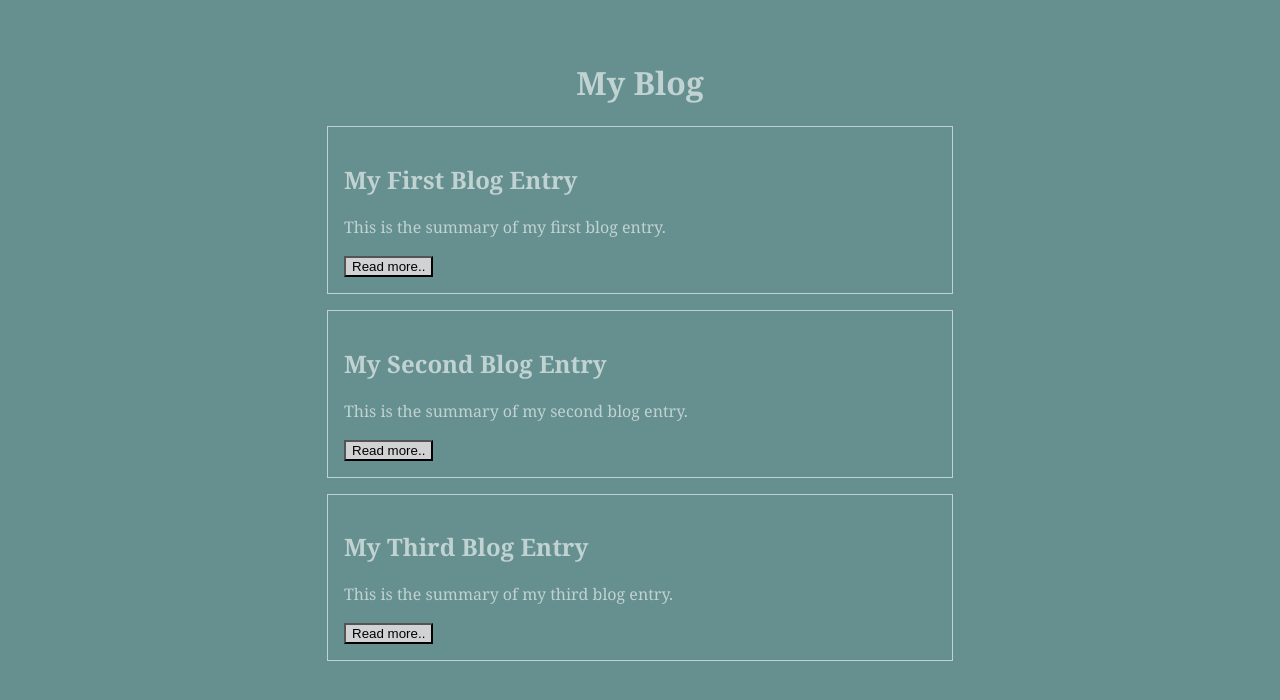
Repository: deniseada/class1
Page: /
The author's editor kept a copy of each file at every save. The page is drawn from the files as they stood at one save, then again after the next save.
The browser window is 1280 px wide. The pictures show the whole page.
The project was rebuilt for these pictures with package versions that can differ from the ones it lists, and the page was loaded fresh each time. Also part of the build but not shown: vite.config.js.

Above is the page before, as saved 2025-09-10 14:05:34.

### index.html
<!DOCTYPE html>
<html lang="en">
  <head>
    <meta charset="UTF-8" />
    <!-- <link rel="icon" type="image/svg+xml" href="/vite.svg" />
-->
    <link rel="icon" type="image/png" href="/favicon.ico" />
    <meta name="viewport" content="width=device-width, initial-scale=1.0" />
    <title>class1-React</title>
  </head>
  <body>
    <div id="root"></div>
    <script type="module" src="/src/main.jsx"></script>
  </body>
</html>

### src/index.css
html {
  font-family: Georgia, "Times New Roman", Times, serif;
  background-color: rgb(102, 143, 143);
  color: rgb(192, 210, 210);
  margin: 40px;
}
h1 {
  color: rgb(192, 210, 210);
  text-align: center;
}

button {
  background-color: rgb(209, 210, 212);
}

.entry {
  margin: 1em auto;
  width: 50%;
  padding: 1em;
  border: 1px solid;
}

### src/App.jsx
import BlogEntry from "./BlogEntry";

function App() {
  return (
    <div>
      <h1>My Blog</h1>
      <BlogEntry
        title="My First Blog Entry"
        summary="This is the summary of my first blog entry."
      />
      <BlogEntry
        title="My Second Blog Entry"
        summary="This is the summary of my second blog entry."
      />
      <BlogEntry
        title="My Third Blog Entry"
        summary="This is the summary of my third blog entry."
      />
    </div>
  );
}

export default App;

### src/BlogEntry.jsx
function BlogEntry(props) {
  const buttonLabel = "Read more..";
  return (
    <div className="entry">
      <h2>{props.title}</h2>
      <p>{props.summary}</p>
      <button>{buttonLabel}</button>
    </div>
  );
}

export default BlogEntry;

Loaded but not shown: src/main.jsx (common file)

After the next save:
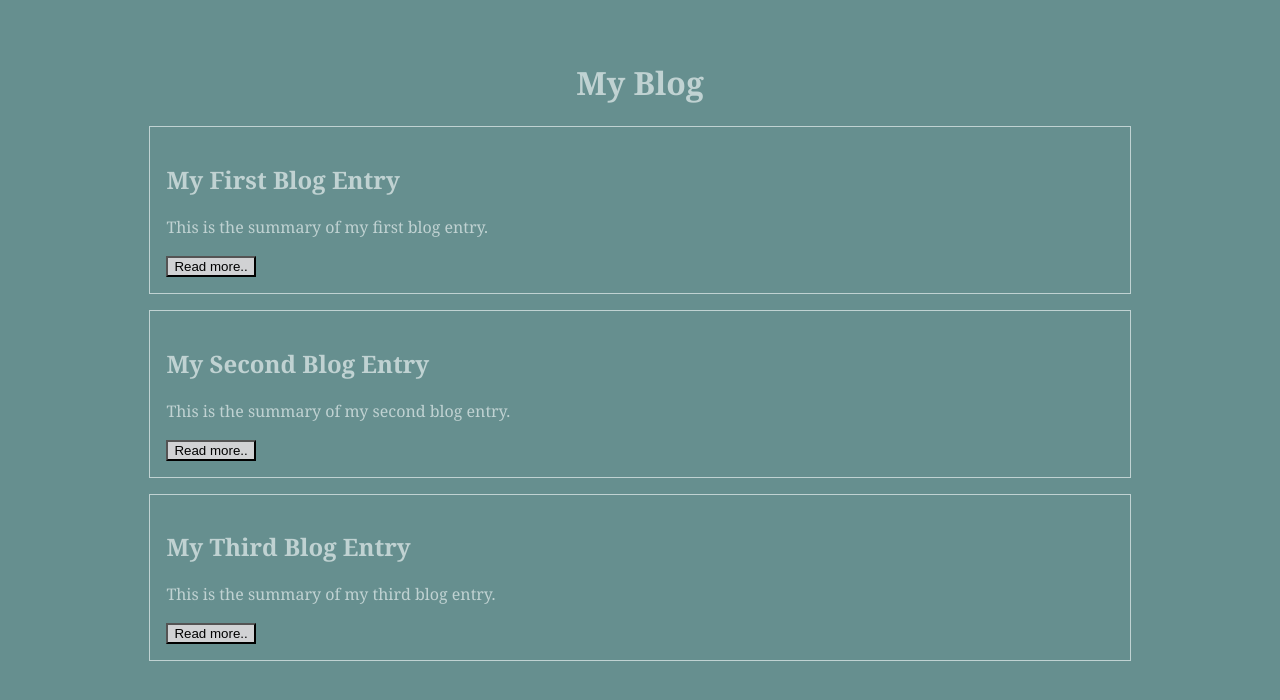
Saved 4 s later.
--- a/src/index.css
+++ b/src/index.css
@@ -15,7 +15,7 @@
 
 .entry {
   margin: 1em auto;
-  width: 50%;
+  width: 80%;
   padding: 1em;
   border: 1px solid;
 }

After the save that followed:
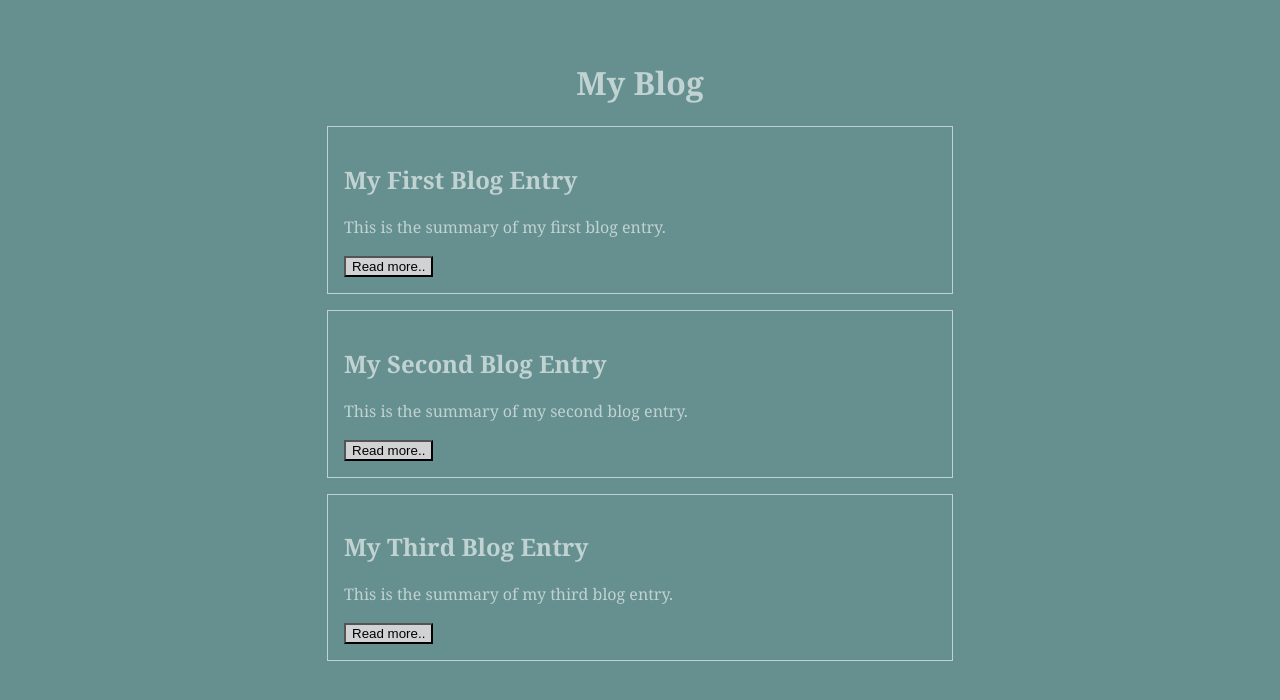
Saved 6 s later.
--- a/src/index.css
+++ b/src/index.css
@@ -15,7 +15,7 @@
 
 .entry {
   margin: 1em auto;
-  width: 80%;
+  width: 50%;
   padding: 1em;
   border: 1px solid;
 }
